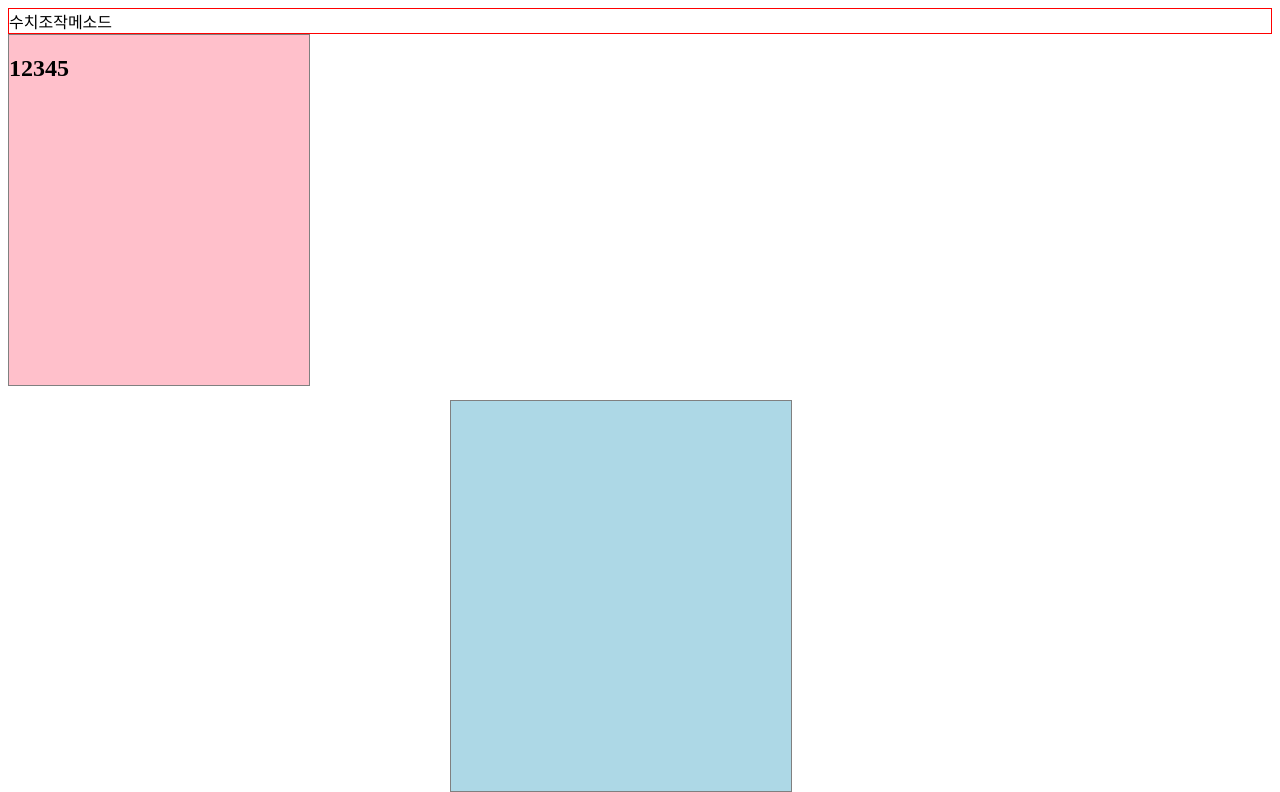
Repository: KangSuA/JSP
Page: webApp/src/main/webapp/jquery/jq08_object.html
An editor plug-in stored every save of this project. The page is shown before and after the next save, followed by the edit.
The browser window is 1280 px wide. The pictures show the whole page.

Above is the page before, as saved 2023-02-14 08:36:03.

After the next save:
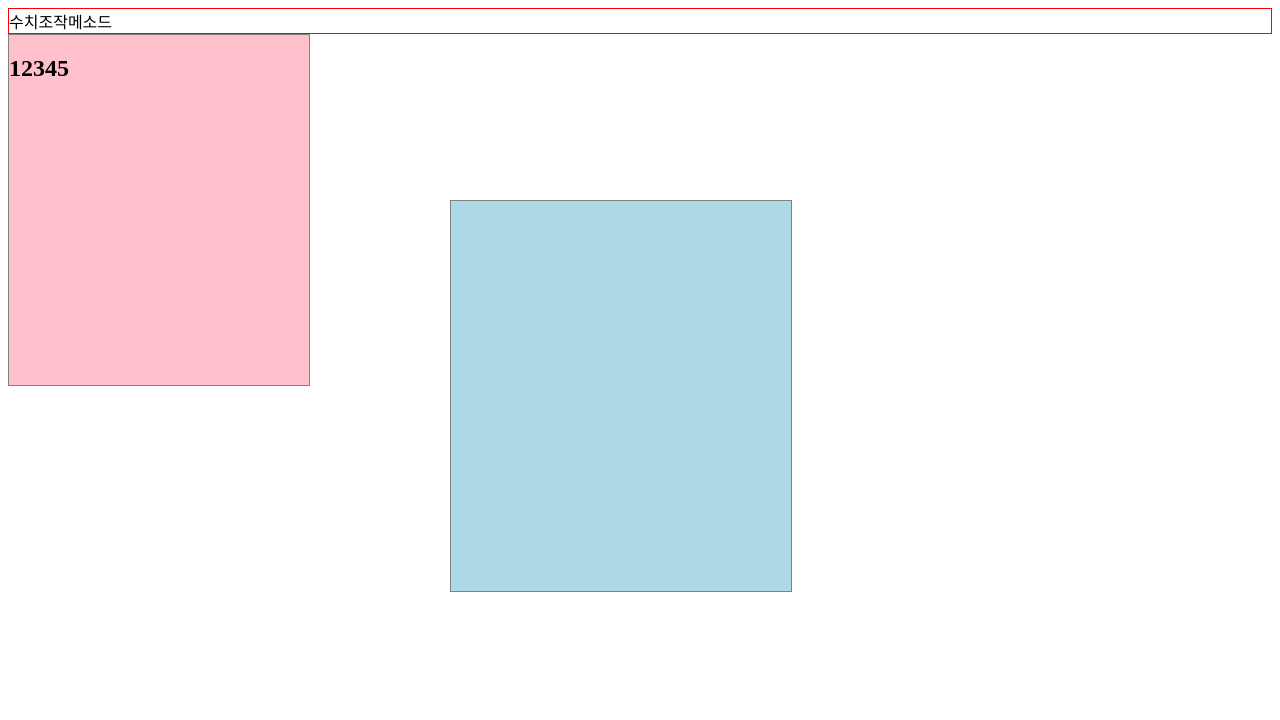
Saved 15 s later.
--- a/webApp/src/main/webapp/jquery/jq08_object.html
+++ b/webApp/src/main/webapp/jquery/jq08_object.html
@@ -10,7 +10,7 @@
 		$('div:gt(0)').css('width','300px').css('height','350px')
 		.css('background-color','pink').css('border','1px solid gray');
 		$('div:nth-child(3)').css('position','absolute').css('left','400px')
-		.css('top','350px').css('margin','50px').css('padding','20px').css('background-color','lightblue');
+		.css('top','150px').css('margin','50px').css('padding','20px').css('background-color','lightblue');
 	})
 </script>
 </head>
